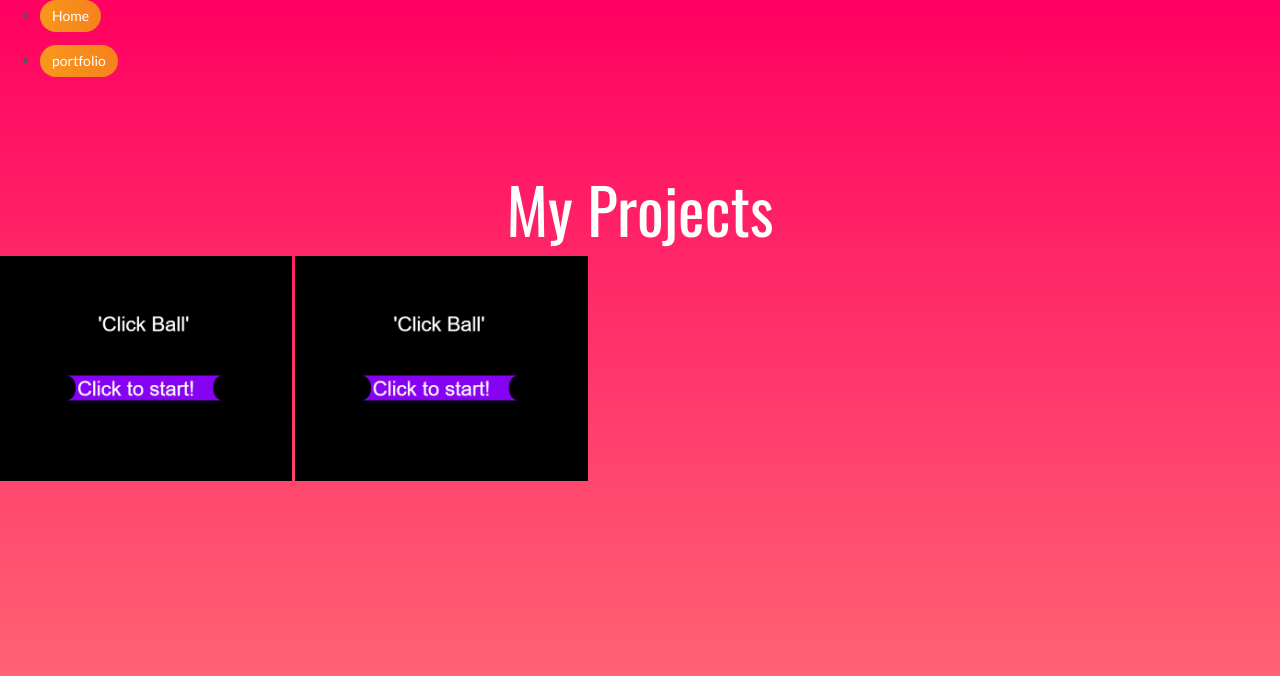
Repository: probably-nick/probably-nick.github.io
Page: portfolio.html
The author's editor kept a record of every edit. The page is drawn from the files as they stood at one moment, then again after the next edit.
The browser window is 1280 px wide. The pictures show the whole page.

Above is the page before.

### portfolio.html
<html>
    <head>
        <title> My Portfolio </title>
        <link href="./main.d8e0d294.css" rel="stylesheet"></head>

    <script type="text/javascript" src="js/processing.js"></script>
    </head>




    <body>
       <ul>
        <li><p><a href="index.html" class="btn btn-info btn-sm">Home</a></p></li>
        <li><p><a href="portfolio.html" class="btn btn-info btn-sm">portfolio</a></p></li>
        </ul>

        <main class="content-wrapper">
  <header class="white-text-container section-container">
    <div class="text-center">
      <h1>My Projects</h1>

    </div>

    <a href="ClickBall.html">
        <img src="images/CB-Start.PNG" height=225px>
    </a>






       <a href="ClickBall.html">
        <img src="images/CB-Start.PNG" height=225px>
    </a>


  </header>
</main>


    </body>

</html>

Loaded but not shown: main.d8e0d294.css (library); js/processing.js (library)

After the next edit:
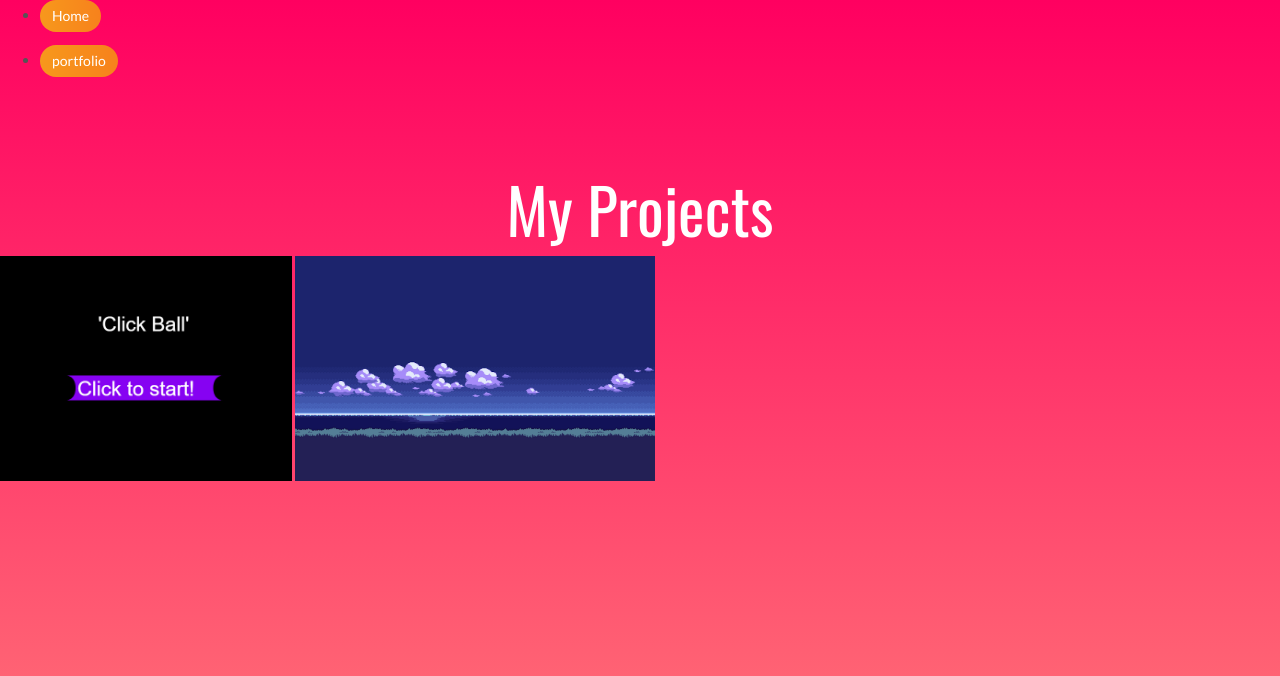
The edit:
--- a/portfolio.html
+++ b/portfolio.html
@@ -31,8 +31,8 @@
 
 
 
-       <a href="ClickBall.html">
-        <img src="images/CB-Start.PNG" height=225px>
+       <a href="FlappyBird.html">
+        <img src="img/bg.png" height=225px>
     </a>
 
 
